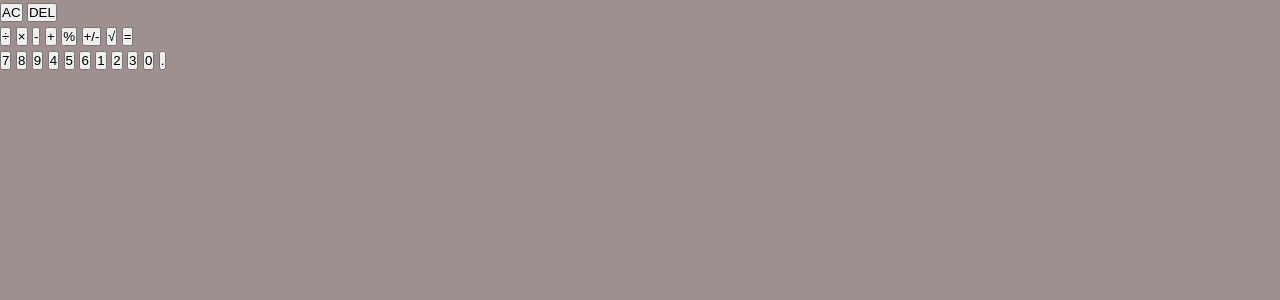
Repository: MikkyPrestige/js-calculator
Page: index.html
An editor plug-in stored every save of this project. The page is shown before and after the next save, followed by the edit.
The browser window is 1280 px wide. The pictures show the whole page.

Above is the page before, as saved 2023-05-08 00:48:49.

### index.html
<!DOCTYPE html>
<html lang="en">

<head>
  <meta charset="UTF-8">
  <meta http-equiv="X-UA-Compatible" content="IE=edge">
  <meta name="viewport" content="width=device-width, initial-scale=1.0">
  <title>JavaScript Calculator</title>
  <link rel="stylesheet" href="./index.css">
  <!-- <script src="script.js" defer></script> -->
</head>

<body>
  <main>
    <section class="caluculator">
      <div class="output">
        <div class="output--curr"></div>
        <div class="output--prev"></div>
      </div>
      <div class="btns">
        <div class="btn--ctrls">
          <button class="btn btn--clear">AC</button>
          <button class="btn btn--del">DEL</button>
        </div>
        <div class="btn--ops">
          <button class="btn btn--op">÷</button>
          <button class="btn btn--op">×</button>
          <button class="btn btn--op">-</button>
          <button class="btn btn--op">+</button>
          <button class="btn btn--op">%</button>
          <button class="btn btn--op">+/-</button>
          <button class="btn btn--op">√</button>
          <button class="btn btn--op">=</button>
        </div>
        <div class="btn--nums">
          <button class="btn btn--num">7</button>
          <button class="btn btn--num">8</button>
          <button class="btn btn--num">9</button>
          <button class="btn btn--num">4</button>
          <button class="btn btn--num">5</button>
          <button class="btn btn--num">6</button>
          <button class="btn btn--num">1</button>
          <button class="btn btn--num">2</button>
          <button class="btn btn--num">3</button>
          <button class="btn btn--num">0</button>
          <button class="btn btn--num">.</button>
        </div>
      </div>
    </section>
  </main>
</body>

</html>

### index.css
*,
*::before,
*::after {
  box-sizing: border-box;
  margin: 0;
  padding: 0;
}

body {
  font-family: 'Fira Sans', sans-serif;
  font-size: 16px;
  font-weight: 400;
  line-height: 1.5;
  background: #9F9090;
  color: #333;
}

After the next save:
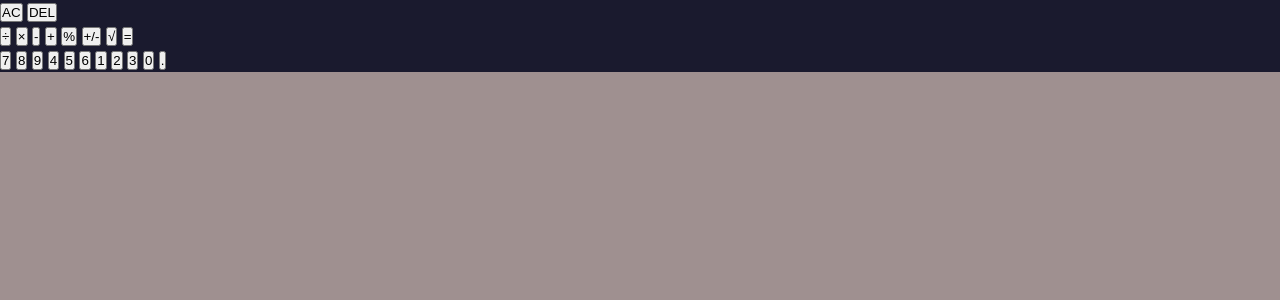
Saved 112 s later.
--- a/index.css
+++ b/index.css
@@ -12,5 +12,10 @@ body {
   font-weight: 400;
   line-height: 1.5;
   background: #9F9090;
-  color: #333;
+  min-height: 100vh;
+  width: 100vw;
 }
+
+main {
+  background: rgba(26, 26, 46, 1);
+}
